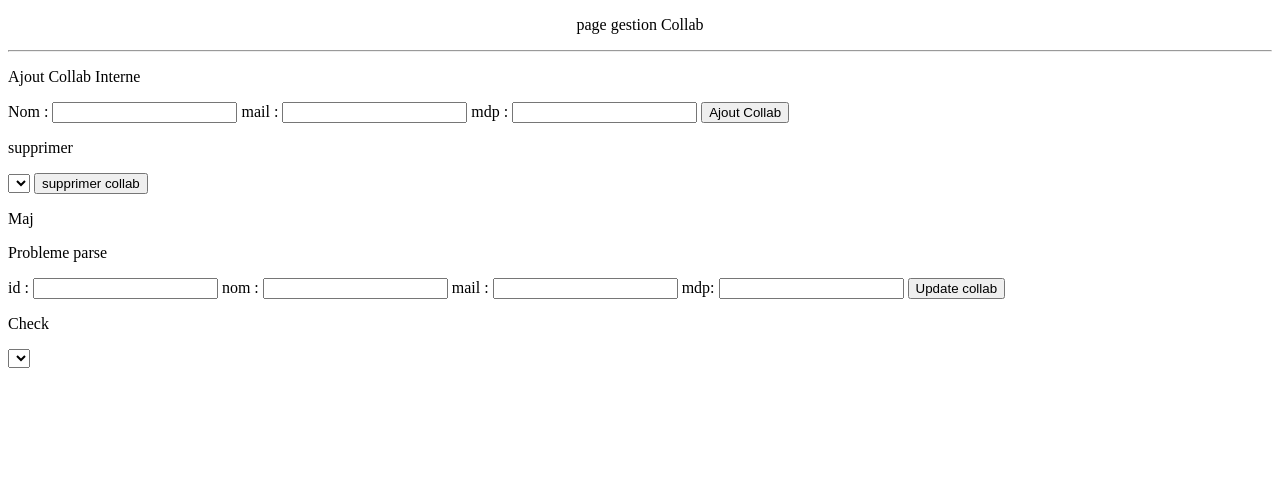
Repository: Shakibaei-2020/CRA_JEE_FINAL
Page: http://localhost/jee_crainfocom/WEB-INF/PageAdminGestionCollab.jsp
These files come from the project's save history. The page is drawn as it stood at one moment and after the next save; the edit follows.
The browser window is 1280 px wide. The pictures show the whole page.
The page is served by Tomcat 9. Nobody is signed in. The template is opened directly, without the code that normally fills it, so the values that code supplies are empty.

Above is the page before, as saved 2021-04-08 10:58:16.

After the next save:
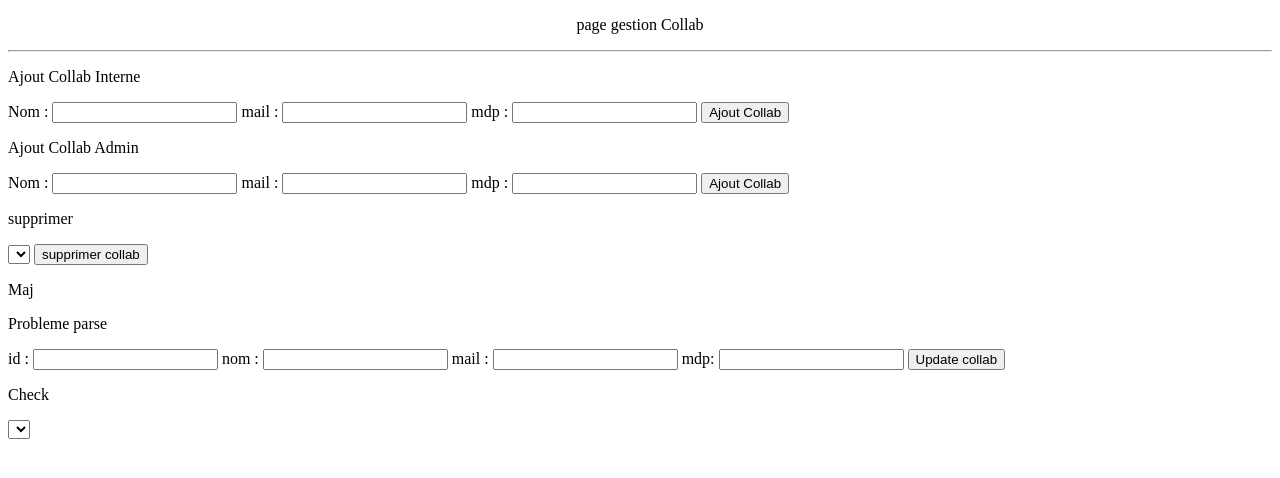
Saved 27 s later.
--- a/CRA_JEE_FINAL/jee_crainfocom/src/main/webapp/WEB-INF/PageAdminGestionCollab.jsp
+++ b/CRA_JEE_FINAL/jee_crainfocom/src/main/webapp/WEB-INF/PageAdminGestionCollab.jsp
@@ -20,6 +20,22 @@
 
             <label for="mdpIn">mdp : </label>
             <input type="text" name="mdpIn" id="mdpIn" />
+
+            <input type="submit" value="Ajout Collab" />
+</form>
+
+<!-- ************************************************************************ -->
+<p>Ajout Collab Admin</p>
+<form method="post" action=ControleAdminGestionCollab >
+
+            <label for="nomInAD">Nom : </label>
+            <input type="text" name="nomIn" id="nomInAD" />
+
+            <label for="mailInAD">mail : </label>
+            <input type="text" name="mailIn" id="mailInAD" />
+
+            <label for="mdpInAD">mdp : </label>
+            <input type="text" name="mdpInAD" id="mdpInAD" />
 
             <input type="submit" value="Ajout Collab" />
 </form>
